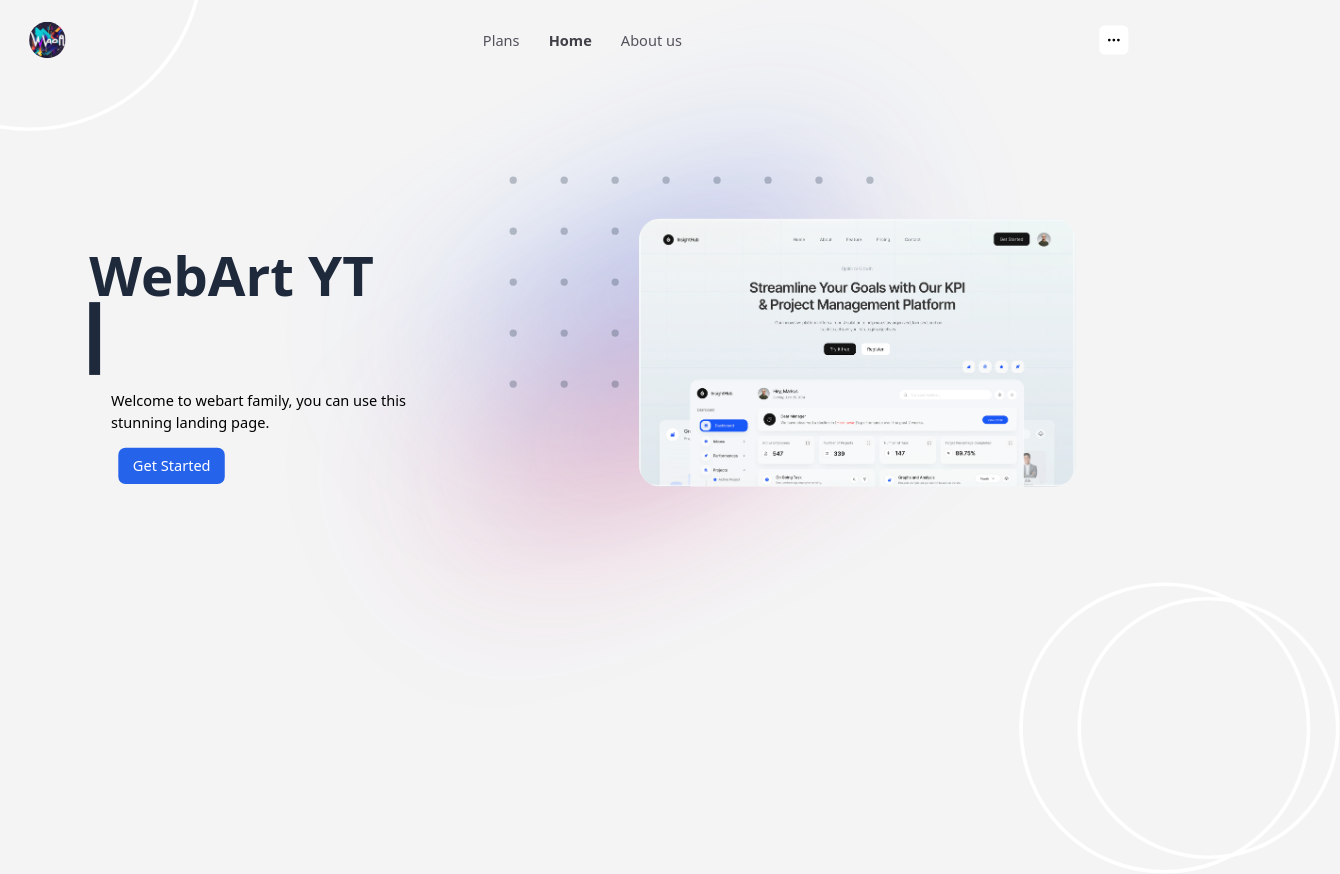
Repository: 30namp/youtube-web-art-code
Page: stunning landing page 1/index.html
These files come from the project's save history. The page is drawn as it stood at one moment and after the next save; the edit follows.
The browser window is 1280 px wide. The page is 1472 px wide, so the pictures cover 1472 px, including what lies to the right of the window. The pictures show the whole page, at 91% of full size.

Above is the page before, as saved 2024-09-26 21:34:15.

### stunning landing page 1/index.html
<!DOCTYPE html>
<html lang="en">
  <head>
    <meta charset="UTF-8" />
    <meta name="viewport" content="width=device-width, initial-scale=1.0" />
    <title>WebArt Design</title>
    <script src="./tailwindcss.min.js"></script>
  </head>
  <body class="h-screen bg-zinc-100 overflow-hidden">
    <div
      class="absolute right-[25%] top-[60%] h-12 w-[30rem] rounded-[100%] rotate-[-25deg] bg-pink-700 blur-[6rem]"
    ></div>
    <div
      class="absolute right-[25%] top-[40%] h-12 w-[30rem] rounded-[100%] rotate-[-25deg] bg-blue-700 blur-[6rem]"
    ></div>
    <div class="grid grid-cols-8 gap-12 absolute right-[25%] top-[27%]">
      <div class="rounded-full bg-slate-700/30 size-2 shadow-lg"></div>
      <div class="rounded-full bg-slate-700/30 size-2 shadow-lg"></div>
      <div class="rounded-full bg-slate-700/30 size-2 shadow-lg"></div>
      <div class="rounded-full bg-slate-700/30 size-2 shadow-lg"></div>
      <div class="rounded-full bg-slate-700/30 size-2 shadow-lg"></div>
      <div class="rounded-full bg-slate-700/30 size-2 shadow-lg"></div>
      <div class="rounded-full bg-slate-700/30 size-2 shadow-lg"></div>
      <div class="rounded-full bg-slate-700/30 size-2 shadow-lg"></div>
      <div class="rounded-full bg-slate-700/30 size-2 shadow-lg"></div>
      <div class="rounded-full bg-slate-700/30 size-2 shadow-lg"></div>
      <div class="rounded-full bg-slate-700/30 size-2 shadow-lg"></div>
      <div class="rounded-full bg-slate-700/30 size-2 shadow-lg"></div>
      <div class="rounded-full bg-slate-700/30 size-2 shadow-lg"></div>
      <div class="rounded-full bg-slate-700/30 size-2 shadow-lg"></div>
      <div class="rounded-full bg-slate-700/30 size-2 shadow-lg"></div>
      <div class="rounded-full bg-slate-700/30 size-2 shadow-lg"></div>
      <div class="rounded-full bg-slate-700/30 size-2 shadow-lg"></div>
      <div class="rounded-full bg-slate-700/30 size-2 shadow-lg"></div>
      <div class="rounded-full bg-slate-700/30 size-2 shadow-lg"></div>
      <div class="rounded-full bg-slate-700/30 size-2 shadow-lg"></div>
      <div class="rounded-full bg-slate-700/30 size-2 shadow-lg"></div>
      <div class="rounded-full bg-slate-700/30 size-2 shadow-lg"></div>
      <div class="rounded-full bg-slate-700/30 size-2 shadow-lg"></div>
      <div class="rounded-full bg-slate-700/30 size-2 shadow-lg"></div>
      <div class="rounded-full bg-slate-700/30 size-2 shadow-lg"></div>
      <div class="rounded-full bg-slate-700/30 size-2 shadow-lg"></div>
      <div class="rounded-full bg-slate-700/30 size-2 shadow-lg"></div>
      <div class="rounded-full bg-slate-700/30 size-2 shadow-lg"></div>
      <div class="rounded-full bg-slate-700/30 size-2 shadow-lg"></div>
      <div class="rounded-full bg-slate-700/30 size-2 shadow-lg"></div>
      <div class="rounded-full bg-slate-700/30 size-2 shadow-lg"></div>
      <div class="rounded-full bg-slate-700/30 size-2 shadow-lg"></div>
      <div class="rounded-full bg-slate-700/30 size-2 shadow-lg"></div>
      <div class="rounded-full bg-slate-700/30 size-2 shadow-lg"></div>
      <div class="rounded-full bg-slate-700/30 size-2 shadow-lg"></div>
      <div class="rounded-full bg-slate-700/30 size-2 shadow-lg"></div>
      <div class="rounded-full bg-slate-700/30 size-2 shadow-lg"></div>
      <div class="rounded-full bg-slate-700/30 size-2 shadow-lg"></div>
      <div class="rounded-full bg-slate-700/30 size-2 shadow-lg"></div>
      <div class="rounded-full bg-slate-700/30 size-2 shadow-lg"></div>
    </div>

    <div
      class="circle size-96 rounded-full border-4 border-white absolute -top-60 -left-40"
    ></div>
    <div
      class="circle size-80 rounded-full border-4 border-white absolute -bottom-60 -right-40"
    ></div>
    <div
      class="circle size-72 rounded-full border-4 border-white absolute -bottom-56 -right-48"
    ></div>

    <!-- navbar -->
    <nav
      class="z-10 absolute top-0 left-0 right-0 flex justify-center items-center py-8 px-8"
    >
      <a href="/" class="absolute left-0 px-8">
        <img class="size-10 rounded-full" src="./assets/img/logo.jpg" alt="" />
      </a>

      <div class="options flex items-center gap-8">
        <a class="text-zinc-600" href="#">Plans</a>
        <a class="text-zinc-700 font-semibold" href="#">Home</a>
        <a class="text-zinc-600" href="#">About us</a>
      </div>

      <button
        class="absolute p-2 bg-white rounded-md right-0 mx-10 hover:scale-105 active:scale-100 transition"
      >
        <svg
          xmlns="http://www.w3.org/2000/svg"
          width="16"
          height="16"
          fill="currentColor"
          class="bi bi-three-dots"
          viewBox="0 0 16 16"
        >
          <path
            d="M3 9.5a1.5 1.5 0 1 1 0-3 1.5 1.5 0 0 1 0 3m5 0a1.5 1.5 0 1 1 0-3 1.5 1.5 0 0 1 0 3m5 0a1.5 1.5 0 1 1 0-3 1.5 1.5 0 0 1 0 3"
          />
        </svg>
      </button>
    </nav>

    <!-- hero section -->
    <div class="hero-section relative pt-60 flex justify-around items-start">
      <div class="content flex flex-col items-start gap-4 pt-8">
        <div class="text-6xl font-bold text-slate-800">
          <h1>WebArt YT</h1>
          <div class="h-20 w-3 bg-slate-800"></div>
        </div>
        <p class="description w-96 ml-6">
          Welcome to webart family, you can use this stunning landing page.
        </p>
        <button
          class="ml-8 px-4 py-2 rounded-lg bg-blue-600 text-white hover:scale-105 active:scale-100 transition"
        >
          Get Started
        </button>
      </div>
      <img class="w-[30rem] rounded-3xl" src="./assets/img/img.png" alt="" />
    </div>
  </body>
</html>

Loaded but not shown: stunning landing page 1/tailwindcss.min.js (library)

After the next save:
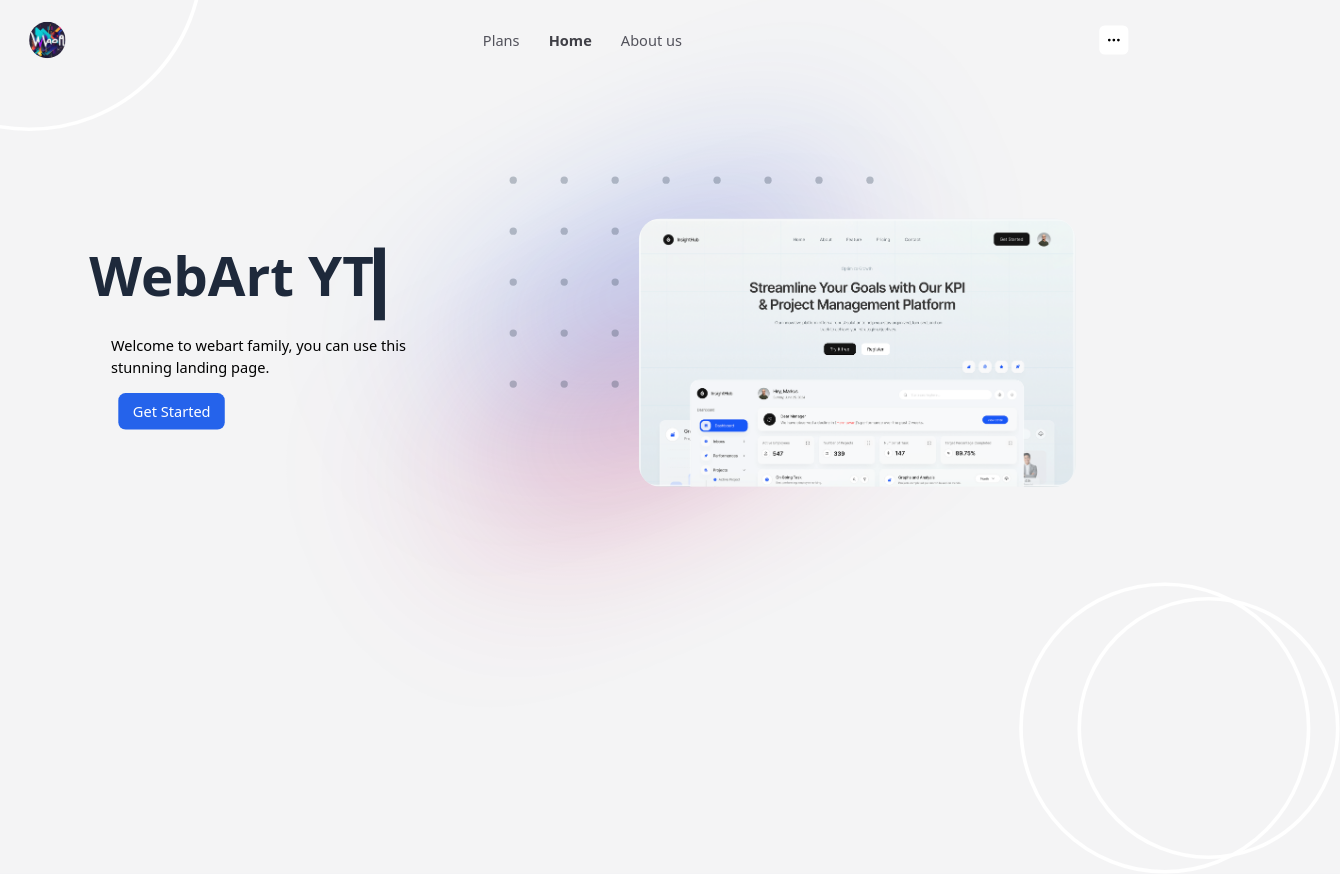
Saved 8 s later.
--- a/stunning landing page 1/index.html
+++ b/stunning landing page 1/index.html
@@ -101,7 +101,7 @@
     <!-- hero section -->
     <div class="hero-section relative pt-60 flex justify-around items-start">
       <div class="content flex flex-col items-start gap-4 pt-8">
-        <div class="text-6xl font-bold text-slate-800">
+        <div class="text-6xl font-bold text-slate-800 flex">
           <h1>WebArt YT</h1>
           <div class="h-20 w-3 bg-slate-800"></div>
         </div>
